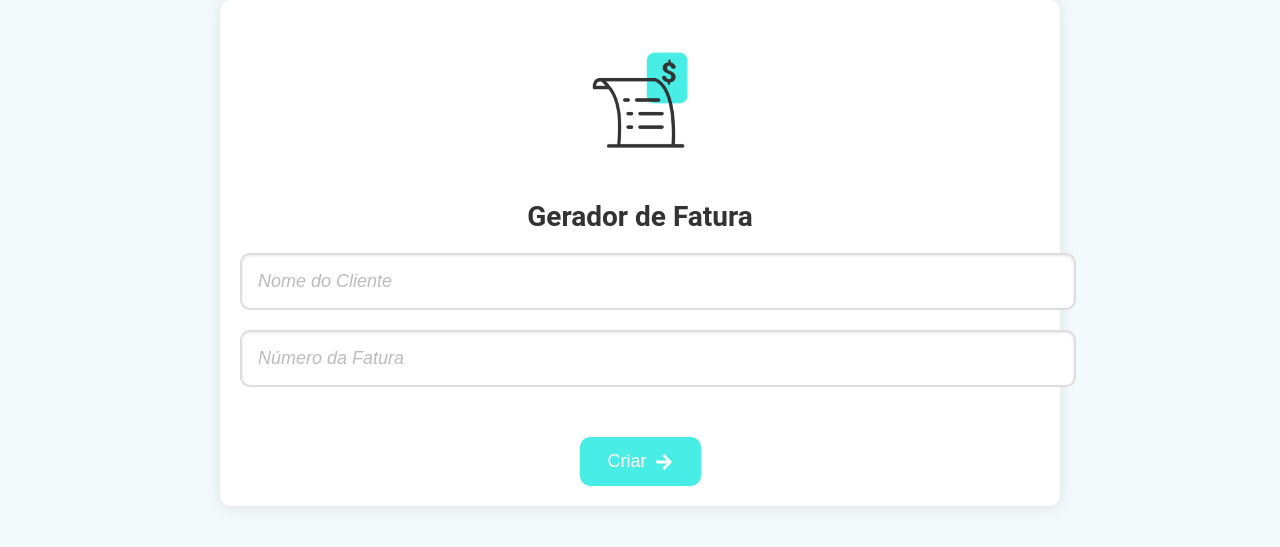
Repository: thmedu/Gerador-de-Faturas
Page: /
The author's editor kept a copy of each file at every save. The page is drawn from the files as they stood at one save, then again after the next save.
The browser window is 1280 px wide. The pictures show the whole page.
The project was rebuilt for these pictures with package versions that can differ from the ones it lists, and the page was loaded fresh each time. Also part of the build but not shown: vite.config.js, src/Componete/Template.jsx.

Above is the page before, as saved 2024-07-16 19:35:01.

After the next save:
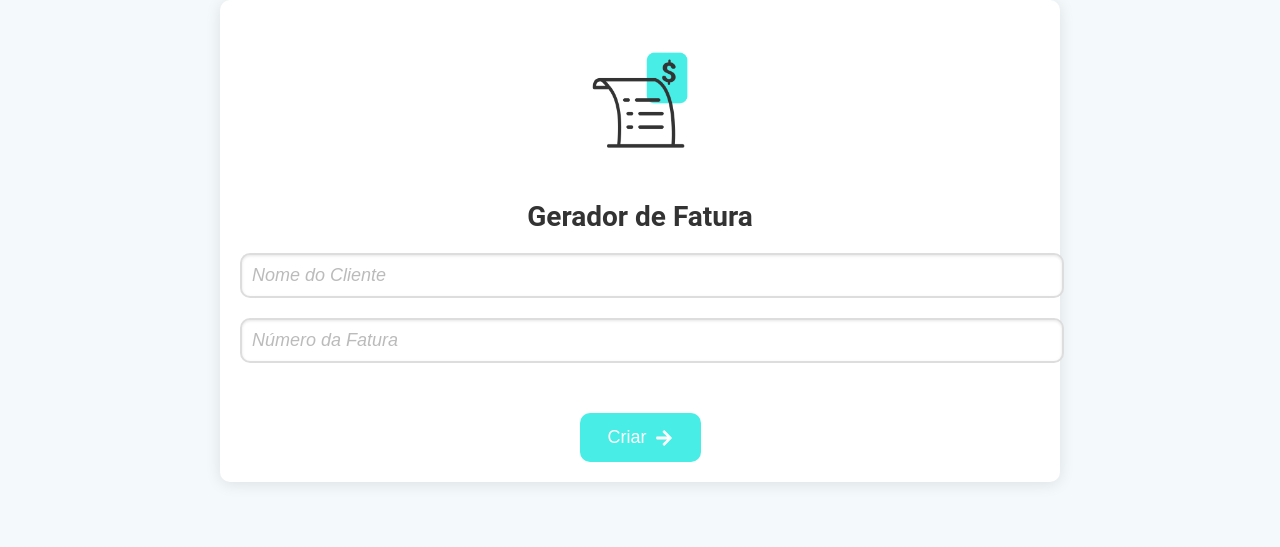
Saved 53 s later.
--- a/src/App.css
+++ b/src/App.css
@@ -43,7 +43,7 @@ body {
 }
 
 .input-field {
-  padding: 16px; /* Padding confortável */
+  padding: 10px; /* Padding confortável */
   border: 2px solid #ddd; /* Borda mais espessa */
   border-radius: 10px; /* Cantos arredondados */
   font-size: 18px; /* Tamanho de fonte maior */
